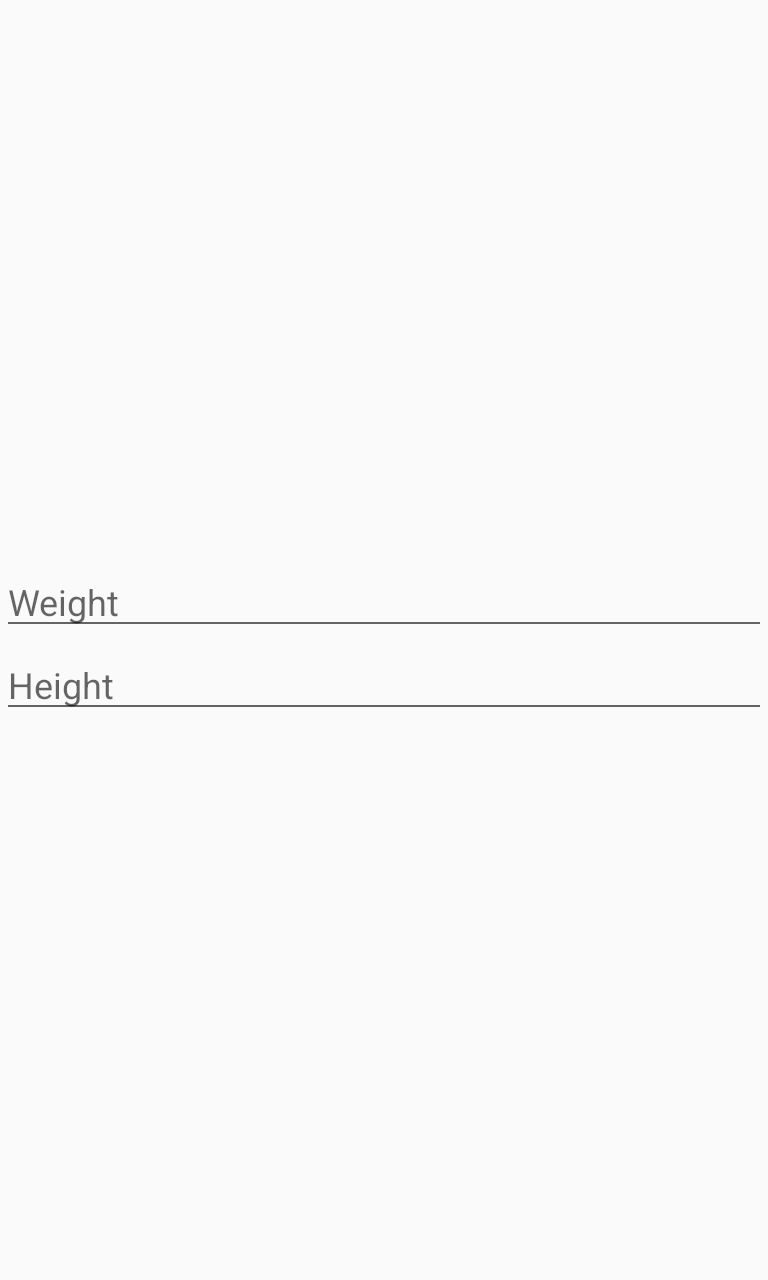
Repository: achavez812/GuatemalaProject2
Layout: GuateMedic-master/GuateMedic/res/layout/fragment_add_new_child_visit1.xml
These files come from the project's save history. The layout is drawn as it stood at one moment and after the next save; the edit follows.
It is drawn on a 768 x 1280 px phone screen (xhdpi) without system bars, with theme AppTheme; the app's code is not run.

Above is the layout before, as saved 2014-06-30 19:40:48.

### GuateMedic-master/GuateMedic/res/layout/fragment_add_new_child_visit1.xml
<?xml version="1.0" encoding="utf-8"?>
<LinearLayout xmlns:android="http://schemas.android.com/apk/res/android"
    android:layout_width="match_parent"
    android:layout_height="match_parent"
    android:gravity="center"
    android:orientation="vertical" >

	<EditText
	    android:id="@+id/child_visit1_weight_field"
	    android:layout_width="match_parent"
	    android:layout_height="wrap_content"
	    android:hint="Weight" />

	<EditText
	    android:id="@+id/child_visit1_height_field"
	    android:layout_width="match_parent"
	    android:layout_height="wrap_content"
	    android:hint="Height" />


</LinearLayout>

### GuateMedic-master/GuateMedic/res/values/styles.xml
<resources xmlns:android="http://schemas.android.com/apk/res/android">

    <!--
        Base application theme, dependent on API level. This theme is replaced
        by AppBaseTheme from res/values-vXX/styles.xml on newer devices.
    -->

    <!-- Application theme. -->
    <style name="AppTheme" parent="@style/Theme.AppCompat.Light.DarkActionBar">
        <!-- All customizations that are NOT specific to a particular API-level can go here. -->
    	<item name="android:typeface">sans</item>
        <item name="actionBarStyle">@style/MyActionBar</item>
    	<item name="android:actionBarStyle">@style/MyActionBar</item>
    	<item name="android:actionOverflowButtonStyle">@style/OverFlow</item>
    	<item name="android:popupMenuStyle">@style/MyPopupMenu</item>
    	<item name="popupMenuStyle">@style/MyPopupMenu</item>
        <item name="android:panelBackground">#004d6b</item>
         <item name="android:itemTextAppearance">@style/myCustomMenuTextApearance</item>

    </style>
       <style name="myCustomMenuTextApearance" parent="@android:style/TextAppearance.Widget.IconMenu.Item">
        <item name="android:textColor">#FFFFFF</item>
        <item name="android:textSize">20sp</item>

    </style>
    <style name="MyActionBar" parent="@style/Widget.AppCompat.Light.ActionBar.Solid.Inverse">
        <item name="android:background">#004d6b</item>
        <item name="android:titleTextStyle">@style/TitleText</item>



    </style>

    <style name ="MyPopupMenu" parent="android:Theme.Holo.Light">
        <item name="android:popupBackground">#004d6b</item>
    </style>

    <style name="OverFlow" parent="@android:style/Widget.Holo.ActionButton.Overflow">
    	<item name="android:src">@drawable/ic_action_overflow</item>
	</style>
    <style name="TitleText">
        <item name="android:textColor">#FFFFFF</item>
        <item name="android:typeface">sans</item>
        <item name="android:textSize">30sp</item>

    </style>
	<!--
	<style name="HomePage" parent="AppTheme">
	<item name="android:background"> @drawable/guatemala_home_bg </item>
	</style>
	    -->





</resources>

After the next save:
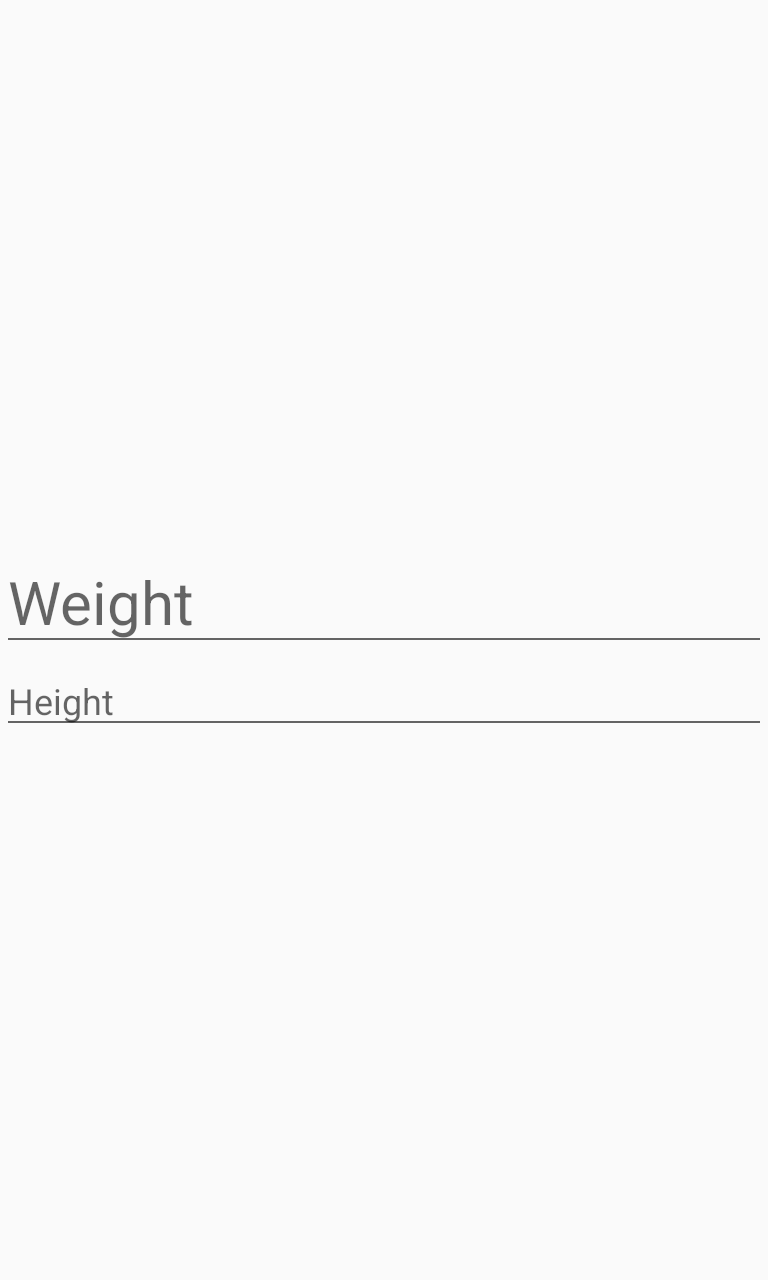
Saved 99 s later.
--- a/GuateMedic-master/GuateMedic/res/layout/fragment_add_new_child_visit1.xml
+++ b/GuateMedic-master/GuateMedic/res/layout/fragment_add_new_child_visit1.xml
@@ -7,6 +7,7 @@
 
 	<EditText
 	    android:id="@+id/child_visit1_weight_field"
+	    android:textSize="30sp"
 	    android:layout_width="match_parent"
 	    android:layout_height="wrap_content"
 	    android:hint="Weight" />
